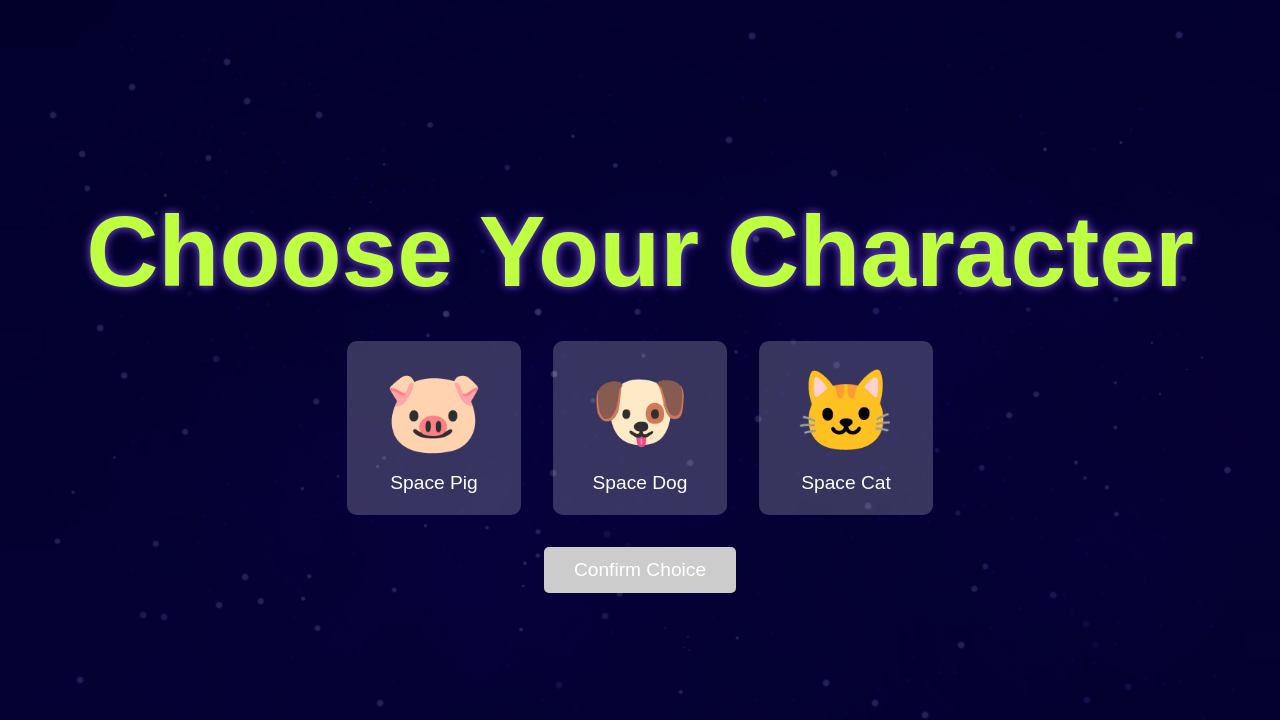
Repository: brunaguarizo/SpaceFarm
Page: index.html
These files come from the project's save history. The page is drawn as it stood at one moment and after the next save; the edit follows.
The browser window is 1280 px wide. The pictures show the whole page.
Some web fonts or font styles are not loaded; a fallback is used.

Above is the page before, as saved 2025-04-24 11:15:14.

After the next save:
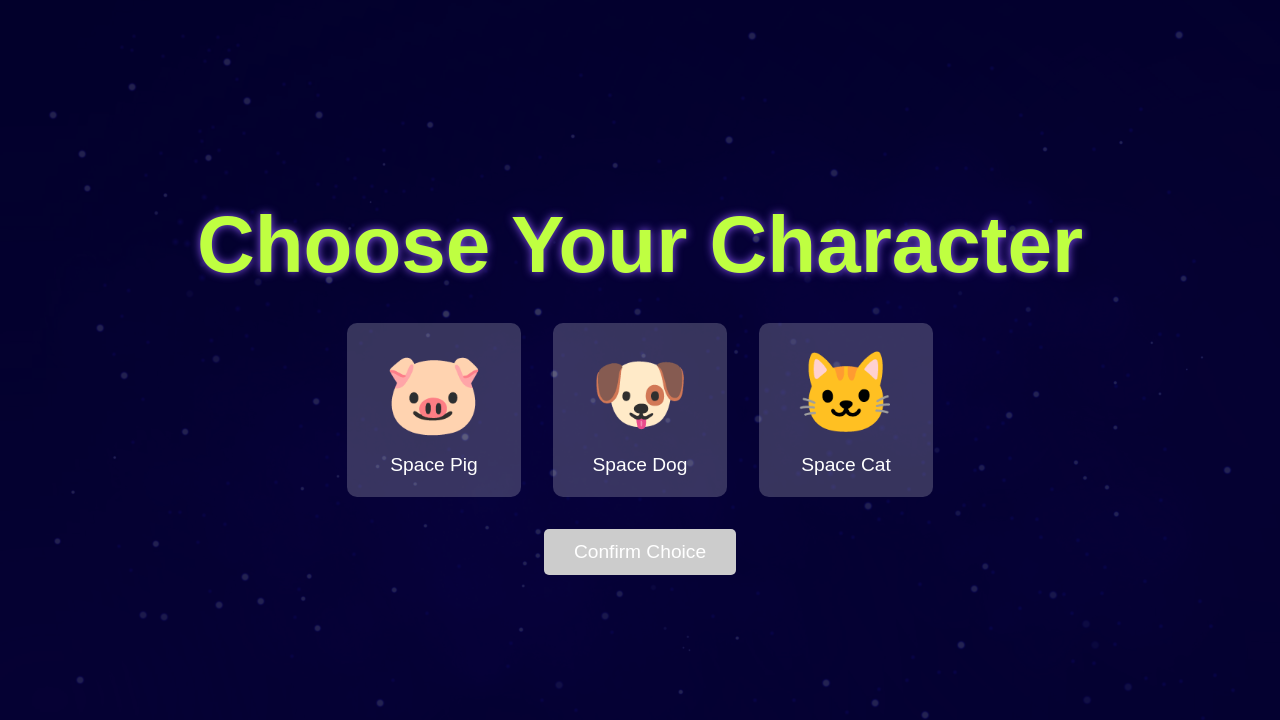
Saved 6 s later.
--- a/styles.css
+++ b/styles.css
@@ -248,7 +248,7 @@ body {
 /* --------------------------- variables  --------------------------- */
 :root {
     --font-family: "Ranchers", sans-serif;
-    --header: 100px;
+    --header: 80px;
     --text: 16px;
 
     --light-green: #bfff41;
